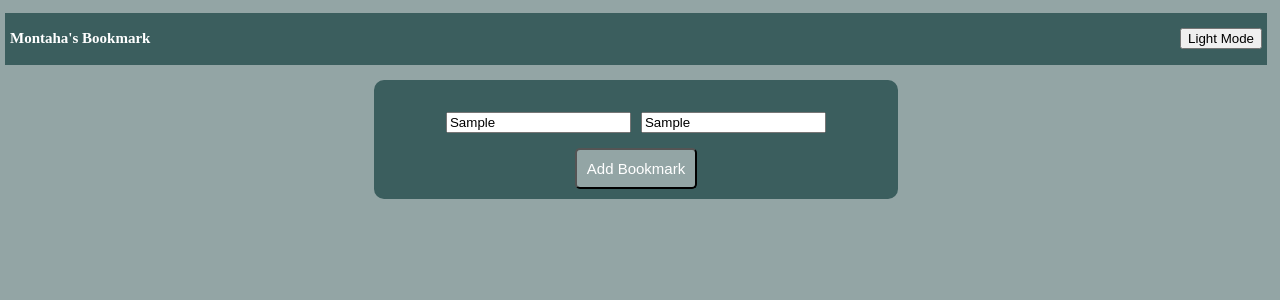
Repository: eidimontaha18-maker/finalproject
Page: index.html
An editor plug-in stored every save of this project. The page is shown before and after the next save, followed by the edit.
The browser window is 1280 px wide. The pictures show the whole page.
Empty fields were first filled with sample values (such as "Sample", 5 or name@example.com).
After loading, the first visible `#mode` was clicked once.

Above is the page before, as saved 2025-11-26 01:09:01.

After the next save:
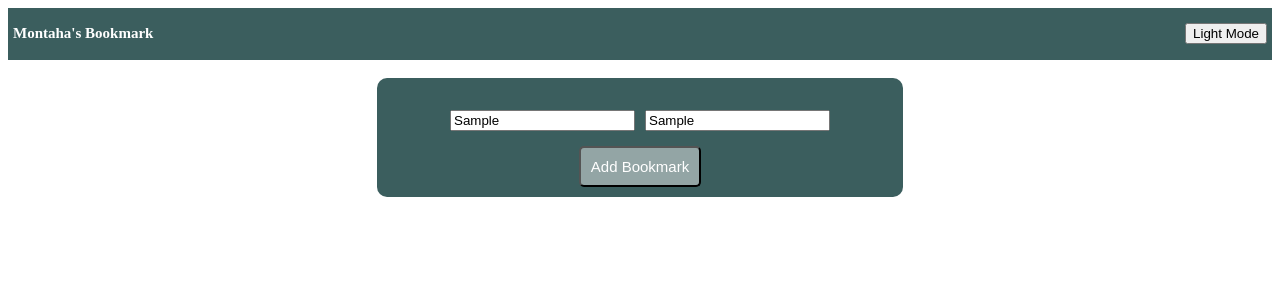
Saved 6 s later.
--- a/style.css
+++ b/style.css
@@ -66,16 +66,7 @@ nav{
     cursor: pointer;
     margin-left: 10px;
 }
-.dark-mode{
-    background-color: rgb(147, 165, 165);
-    color: white;
-    padding: 5px;
-    border-radius: 5px;
-    font-size: 12px;
-    cursor: pointer;
-    margin-left: auto;
-
-}
+=
 .dark-mode body{
     background-color: #121212;
     color: white;
